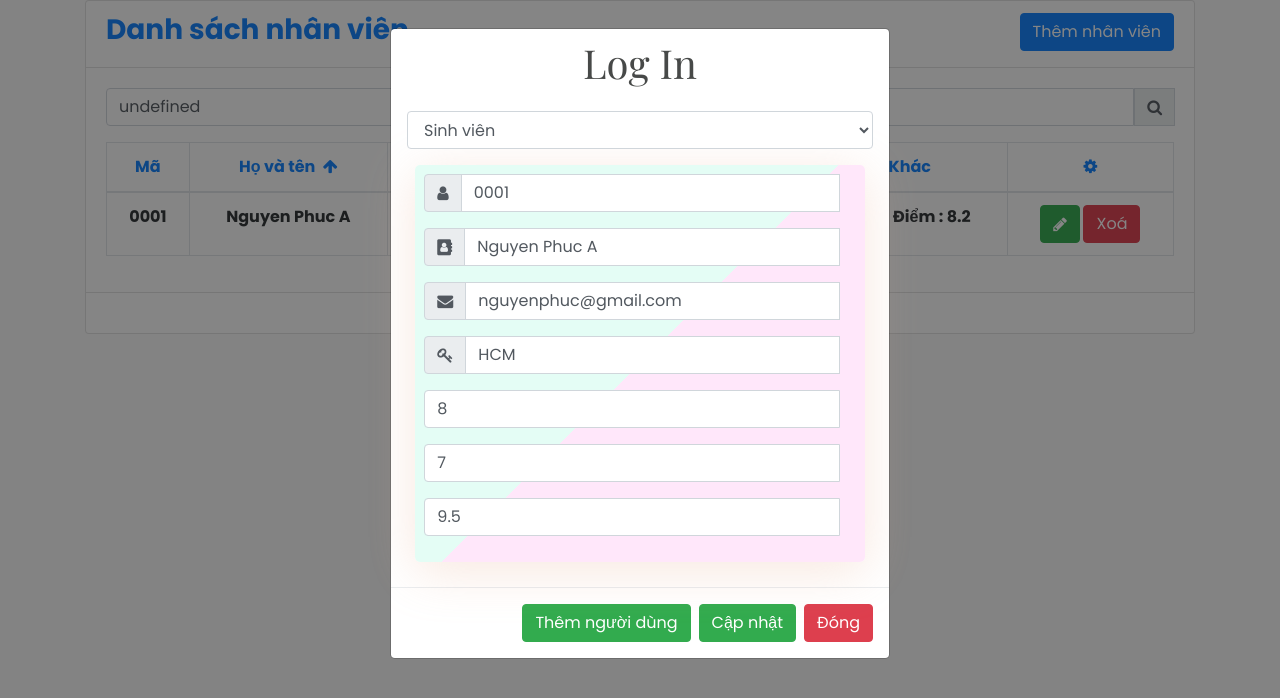
Repository: maitan0705/es6_oop
Page: index.html
The author's editor kept a copy of each file at every save. The page is drawn from the files as they stood at one save, then again after a run of saves.
The browser window is 1280 px wide. The pictures show the whole page.
Empty fields were first filled with sample values (such as "Sample", 5 or name@example.com).
After loading, the first visible `button.fa` was clicked once.
Some web fonts or font styles are not loaded; a fallback is used.

Above is the page before, as saved 2023-04-12 09:13:11.
Console error: TypeError: Cannot set properties of null (setting 'disabled')

### index.html
<!DOCTYPE html>
<html lang="en">

<head>
	<meta charset="UTF-8">
	<meta name="viewport" content="width=device-width, initial-scale=1.0">
	<title>Quản lý nhân viên</title>

	<!-- Font Awesome -->
	<link rel="stylesheet" href="https://cdnjs.cloudflare.com/ajax/libs/font-awesome/4.7.0/css/font-awesome.min.css">

	<!-- Bootstrap 4 -->
	<link rel="stylesheet" href="css/bootstrap.min.css">

	<!-- JQuery UI -->
	<link rel="stylesheet" href="css/jquery-ui.min.css">

	<!-- Animate -->
	<!-- <link rel="stylesheet" href="css/animate.css"> -->

	<!-- My CSS -->
	<link rel="stylesheet" href="css/modal.css">

	<link rel="stylesheet" href="css/style4.css">

	<link rel="stylesheet" type="text/css" href="css/main.css">
</head>

<body>

			<div class="container">
				<div class="card text-center">
					<!-- Header -->
					<div class="card-header myCardHeader">
						<div class="row">
							<div class="col-md-6">
								<h3 class="text-left text-primary font-weight-bold">Danh sách nhân viên</h3>
							</div>
							<div class="col-md-6 text-right">
								<button type="submit" class="btn btn-primary" id="btnThem" data-toggle="modal"
									data-target="#myModal">Thêm nhân viên</button>
							</div>
						</div>
					</div>

					<!-- Body -->
					<div class="card-body">
						<div class="row mb-3">
							<div class="col">
								<div class="input-group">
									<input type="text" class="form-control" placeholder="Loại nhân viên" id="searchName">
									<div class="input-group-prepend">
										<span class="input-group-text" id="btnTimNV"><i class="fa fa-search"></i></span>
									</div>
								</div>
							</div>
						</div>
						<table class="table table-bordered table-hover myTable">
							<thead class="text-primary">
								<tr>
									<th>Mã</th>
									<th class="nowrap">
										<span class="mr-1">Họ và tên</span>
										<i class="fa fa-arrow-up" id="SapXepTang"></i>
										<i class="fa fa-arrow-down" id="SapXepGiam"></i>
									</th>
									<th>Email</th>
									<th>Địa Chỉ</th>
									<th>Khác</th>
									<th><em class="fa fa-cog"></em></th>
								</tr>
							</thead>
							<tbody id="tableDanhSach">

							</tbody>
						</table>
					</div>

					<!-- Footer -->
					<div class="card-footer myCardFooter">
						<nav>
							<ul class="pagination justify-content-center" id="ulPhanTrang">

							</ul>
						</nav>
					</div>
				</div>
			</div>

		</div>
	</div>


	<!-- The Modal -->
	<div class="modal fade" id="myModal">
		<div class="modal-dialog">
			<div class="modal-content">

				<header class="head-form mb-0">
					<h2 id="header-title">Log In</h2>
				</header>

				<!-- Modal Header -->
				<!-- 	<div class="modal-header">
					<h4 class="modal-title" id="modal-title">Modal Heading</h4>
					<button type="button" class="close" data-dismiss="modal">&times;</button>
				</div> -->

				<!-- Modal body -->
				<div class="modal-body">
					<div class="form-group">
						<div class="input-group">
							<select class="form-control" id="doiTuong">
								<option value="student">Sinh viên</option>
								<option value="employee">Nhân viên</option>
								<option value="customer">Khách hàng</option>
							</select>
						</div>
					</div>

					<form role="form" id="myForm">
						<div class="form-group">
							<div class="input-group">
								<div class="input-group-prepend">
									<span class="input-group-text"><i class="fa fa-user"></i></span>
								</div>
								<input type="text" id="ma" class="form-control input-sm" placeholder=" Mã">
								<span class="text-success m-auto px-2" id="error-tbMa"></span>
							</div>
							<span class="sp-thongbao" id="tbMa"></span>
						</div>

						<div class="form-group">
							<div class="input-group">
								<div class="input-group-prepend">
									<span class="input-group-text"><i class="fa fa-address-book"></i></span>
								</div>
								<input type="text"  id="hoTen" class="form-control input-sm" placeholder="Họ và tên">
								<span class="text-success m-auto px-2" id="error-tbTen"></span>
							</div>
							<span class="sp-thongbao" id="tbTen"></span>
						</div>

						<div class="form-group">
							<div class="input-group ">
								<div class="input-group-prepend">
									<span class="input-group-text"><i class="fa fa-envelope"></i></span>
								</div>
								<input type="email"  id="email" class="form-control input-sm" placeholder="Email">
								<span class="text-success m-auto px-2" id="error-tbEmail"></span>
							</div>
							<span class="sp-thongbao" id="tbEmail"></span>
						</div>

						<div class="form-group">
							<div class="input-group">
								<div class="input-group-prepend">
									<span class="input-group-text"><i class="fa fa-key"></i></span>
								</div>
								<input type="text"  id="diaChi" class="form-control input-sm"
									placeholder="Địa Chỉ">
									<span class="text-success m-auto px-2" id="error-tbDiaChi"></span>
							</div>
							<span class="sp-thongbao" id="tbDiaChi"></span>
						</div>
						<div id="bodyfrom"></div>

					</form>
				</div>

				<!-- Modal footer -->
				<div class="modal-footer" id="modal-footer">
					<button id="btnThemNV" type="button" class="btn btn-success">Thêm người dùng</button>
					<button id="btnCapNhat" type="button" class="btn btn-success">Cập nhật</button>
					<button id="btnDong" type="button" class="btn btn-danger" data-dismiss="modal">Đóng</button>
				</div>

			</div>
		</div>
	</div>

	<!-- Bootstrap -->
	<script src="js/jquery.min.js"></script>
	<script type="text/javascript" src="js/jquery.easing.min.js"></script>
	<script type="text/javascript" src="js/popper.min.js"></script>
	<script type="text/javascript" src="js/bootstrap.min.js"></script>

	<!-- Date Picker -->
	<!-- <script src="js/jquery-ui.min.js"></script> -->
	<script src="./js/jquery-ui.js"></script>
	<script src="js/datepicker.js"></script>

	<!-- Wow -->
	<!-- <script src="js/wow.min.js"></script>
	<script>
		new WOW().init();
	</script>  -->

	<!-- <script src="js/modal.js"></script> -->


	<script type="text/javascript">
		$(document).ready(function () {
			$('#sidebarCollapse').on('click', function () {
				$('#sidebar').toggleClass('active');
			});
		});
	</script>
	<!-- <script src="./util/validation.js"></script> -->

	<!-- <script src="./util/nhanVien.js"></script> -->
	<script type="module" src="./controllers/index.js"></script>
</body>

</html>

### css/modal.css
/* Fonts Form Google Font ::- https://fonts.google.com/  -:: */
@import url('https://fonts.googleapis.com/css?family=Abel|Abril+Fatface|Alegreya|Arima+Madurai|Dancing+Script|Dosis|Merriweather|Oleo+Script|Overlock|PT+Serif|Pacifico|Playball|Playfair+Display|Share|Unica+One|Vibur');
/* End Fonts */
/* Start Global rules */
* {
    padding: 0;
    margin: 0;
    box-sizing: border-box;
}
/* End Global rules */

/* Start body rules */
body {
    background-image: linear-gradient(-225deg, #E3FDF5 0%, #FFE6FA 100%);
background-image: linear-gradient(to top, #a8edea 0%, #fed6e3 100%);
background-attachment: fixed;
  background-repeat: no-repeat;

    font-family: 'Vibur', cursive;
/*   the main font */
    font-family: 'Abel', sans-serif;
opacity: .95;
/* background-image: linear-gradient(to top, #d9afd9 0%, #97d9e1 100%); */
}



/* |||||||||||||||||||||||||||||||||||||||||||||*/
/* //////////////////////////////////////////// */




/* End body rules */

/* Start form  attributes */
form {
    width: 450px;
    /*min-height: 500px;*/
    height: auto;
    border-radius: 5px;
    margin: 2% auto;
    box-shadow: 0 9px 50px hsla(20, 67%, 75%, 0.31);
    padding: 2%;
    background-image: linear-gradient(-225deg, #E3FDF5 50%, #FFE6FA 50%);
}
/* form Container */
form .con {
    display: -webkit-flex;
    display: flex;

    -webkit-justify-content: space-around;
    justify-content: space-around;

    -webkit-flex-wrap: wrap;
    flex-wrap: wrap;

      margin: 0 auto;
}

/* the header form form */
header {
    margin: 2% auto 10% auto;
    text-align: center;
}
/* Login title form form */
header h2 {
    font-size: 250%;
    font-family: 'Playfair Display', serif;
    color: #3e403f;
}
/*  A welcome message or an explanation of the login form */
header p {letter-spacing: 0.05em;}



/* //////////////////////////////////////////// */
/* //////////////////////////////////////////// */


.input-item {
    background: #fff;
    color: #333;
    padding: 14.5px 0px 15px 9px;
    border-radius: 5px 0px 0px 5px;
}



/* Show/hide password Font Icon */
#eye {
    background: #fff;
    color: #333;

    margin: 5.9px 0 0 0;
    margin-left: -20px;
    padding: 15px 9px 19px 0px;
    border-radius: 0px 5px 5px 0px;

    float: right;
    position: relative;
    right: 1%;
    top: -.2%;
    z-index: 5;

    cursor: pointer;
}
/* inputs form  */
input[class="form-input"]{
    width: 240px;
    height: 50px;

    margin-top: 2%;
    padding: 15px;

    font-size: 16px;
    font-family: 'Abel', sans-serif;
    color: #5E6472;

    outline: none;
    border: none;

    border-radius: 0px 5px 5px 0px;
    transition: 0.2s linear;

}
input[id="txt-input"] {width: 250px;}
/* focus  */
input:focus {
    transform: translateX(-2px);
    border-radius: 5px;
}

/* //////////////////////////////////////////// */
/* //////////////////////////////////////////// */

/* input[type="text"] {min-width: 250px;} */
/* buttons  */

/* Submits */
.submits {
    width: 48%;
    display: inline-block;
    float: left;
    margin-left: 2%;
}

/*       Forgot Password button FAF3DD  */
.frgt-pass {background: transparent;}

/*     Sign Up button  */
.sign-up {background: #B8F2E6;}


/* buttons hover */
button:hover {
    transform: translatey(3px);
    box-shadow: none;
}

/* buttons hover Animation */
button:hover {
    animation: ani9 0.4s ease-in-out infinite alternate;
}
@keyframes ani9 {
    0% {
        transform: translateY(3px);
    }
    100% {
        transform: translateY(5px);
    }
}

### css/style4.css
/*
    DEMO STYLE
*/
@import "https://fonts.googleapis.com/css?family=Poppins:300,400,500,600,700";


body {
    font-family: 'Poppins', sans-serif;
    background: #fafafa;
}

p {
    font-family: 'Poppins', sans-serif;
    font-size: 1.1em;
    font-weight: 300;
    line-height: 1.7em;
    color: #999;
}

a, a:hover, a:focus {
    color: inherit;
    text-decoration: none;
    transition: all 0.3s;
}

.navbar {
    padding: 15px 10px;
    background: #fff;
    border: none;
    border-radius: 0;
    margin-bottom: 40px;
    box-shadow: 1px 1px 3px rgba(0, 0, 0, 0.1);
}

.navbar-btn {
    box-shadow: none;
    outline: none !important;
    border: none;
}

.line {
    width: 100%;
    height: 1px;
    border-bottom: 1px dashed #ddd;
    margin: 40px 0;
}

i, span {
    display: inline-block;
}

/* ---------------------------------------------------
    SIDEBAR STYLE
----------------------------------------------------- */
.wrapper {
    display: flex;
    align-items: stretch;
}

#sidebar {
    min-width: 250px;
    max-width: 250px;
    background: #7386D5;
    color: #fff;
    transition: all 0.3s;
}

#sidebar.active {
    min-width: 80px;
    max-width: 80px;
    text-align: center;
}

#sidebar.active .sidebar-header h3, #sidebar.active .CTAs {
    display: none;
}

#sidebar.active .sidebar-header strong {
    display: block;
}

#sidebar ul li a {
    text-align: left;
}

#sidebar.active ul li a {
    padding: 20px 10px;
    text-align: center;
    font-size: 0.85em;
}

#sidebar.active ul li a i {
    margin-right:  0;
    display: block;
    font-size: 1.8em;
    margin-bottom: 5px;
}

#sidebar.active ul ul a {
    padding: 10px !important;
}

#sidebar.active a[aria-expanded="false"]::before, #sidebar.active a[aria-expanded="true"]::before {
    top: auto;
    bottom: 5px;
    right: 50%;
    -webkit-transform: translateX(50%);
    -ms-transform: translateX(50%);
    transform: translateX(50%);
}

#sidebar .sidebar-header {
    padding: 20px;
    background: #6d7fcc;
}

#sidebar .sidebar-header strong {
    display: none;
    font-size: 1.8em;
}

#sidebar ul.components {
    padding: 20px 0;
    border-bottom: 1px solid #47748b;
}

#sidebar ul li a {
    padding: 10px;
    font-size: 1.1em;
    display: block;
}
#sidebar ul li a:hover {
    color: #7386D5;
    background: #fff;
}
#sidebar ul li a i {
    margin-right: 10px;
}

#sidebar ul li.active > a, a[aria-expanded="true"] {
    color: #fff;
    background: #6d7fcc;
}


a[data-toggle="collapse"] {
    position: relative;
}

a[aria-expanded="false"]::before, a[aria-expanded="true"]::before {
    content: '\e259';
    display: block;
    position: absolute;
    right: 20px;
    font-family: 'Glyphicons Halflings';
    font-size: 0.6em;
}
a[aria-expanded="true"]::before {
    content: '\e260';
}


ul ul a {
    font-size: 0.9em !important;
    padding-left: 30px !important;
    background: #6d7fcc;
}

ul.CTAs {
    padding: 20px;
}

ul.CTAs a {
    text-align: center;
    font-size: 0.9em !important;
    display: block;
    border-radius: 5px;
    margin-bottom: 5px;
}

a.download {
    background: #fff;
    color: #7386D5;
}

a.article, a.article:hover {
    background: #6d7fcc !important;
    color: #fff !important;
}



/* ---------------------------------------------------
    CONTENT STYLE
----------------------------------------------------- */
#content {
    padding: 20px;
    min-height: 100vh;
    transition: all 0.3s;
}


/* ---------------------------------------------------
    MEDIAQUERIES
----------------------------------------------------- */
@media (max-width: 768px) {
    #sidebar {
        min-width: 80px;
        max-width: 80px;
        text-align: center;
        margin-left: -80px !important ;
    }
    a[aria-expanded="false"]::before, a[aria-expanded="true"]::before {
        top: auto;
        bottom: 5px;
        right: 50%;
        -webkit-transform: translateX(50%);
        -ms-transform: translateX(50%);
        transform: translateX(50%);
    }
    #sidebar.active {
        margin-left: 0 !important;
    }

    #sidebar .sidebar-header h3, #sidebar .CTAs {
        display: none;
    }

    #sidebar .sidebar-header strong {
        display: block;
    }

    #sidebar ul li a {
        padding: 20px 10px;
    }

    #sidebar ul li a span {
        font-size: 0.85em;
    }
    #sidebar ul li a i {
        margin-right:  0;
        display: block;
    }

    #sidebar ul ul a {
        padding: 10px !important;
    }

    #sidebar ul li a i {
        font-size: 1.3em;
    }
    #sidebar {
        margin-left: 0;
    }
    #sidebarCollapse span {
        display: none;
    }
}
.sp-thongbao{
    font-size: 14px;
    display: block !important;
}

### controllers/index.js

import { Student, Employee, Customer } from "../models/Person.js";
import {ListPerson} from "../models/ListPerson.js";
import { renderForm } from "../util/render.js";
let listPerson = new ListPerson();


document.querySelector("#btnThem").addEventListener("click", () => {
  renderForm();
});

document.querySelector("#doiTuong").addEventListener("change", (e) => {
  let personUser = e.target.value;
  switch (personUser) {
    case "student":
      renderForm(personUser);
      break;
    case "employee":
      renderForm(personUser);
      break;
    default:
      renderForm(personUser);
  }
});
const student1 = new Student('0001', 'Nguyen Phuc A', 'HCM', 'nguyenphuc@gmail.com', '8', '7', '9.5');
listPerson.themDoiTuong(student1)
listPerson.get();

listPerson.renderTable("#tableDanhSach");

document.querySelector("#btnThemNV").onclick = () => {
  let personUser = document.querySelector("#doiTuong").value;

  switch (personUser) {
    case "student": {
      let student = new Student();
      let arrinput = document.querySelectorAll(".input-group input");
      for (let input of arrinput) {
        let { id, value } = input;
        student[id] = value;
      }
      console.log('asdsd', student)
      listPerson.themDoiTuong(student);
      listPerson.renderTable("#tableDanhSach");
      listPerson.save();
    }
    break;
    case "employee": {
      let employee = new Employee();
      let arrinput = document.querySelectorAll(".input-group input");
      for (let input of arrinput) {
        let { id, value } = input;
        employee[id] = value;
      }
      listPerson.themDoiTuong(employee);
      listPerson.renderTable("#tableDanhSach");
      listPerson.save();
    }
    break;
    case "customer": {
      let arrinput = document.querySelectorAll(".input-group input");
      let customer = new Customer();
      for (let input of arrinput) {
        let { id, value } = input;
        customer[id] = value;
      }
      listPerson.themDoiTuong(customer);
      listPerson.renderTable("#tableDanhSach");
      listPerson.save();
    }
    break;
  }
};
window.xoaDoiTuong = function (ma) {
  listPerson.deleteDT(ma)
  listPerson.renderTable("#tableDanhSach");
  listPerson.save();
};
window.suaDoiTuong =  (ma) =>{
  let info = listPerson.layThongtin(ma)
  switch (info.class) {
    case "student":
      renderForm(info.class);
      document.querySelector("#doiTuong").value =info.class;
      break;
    case "employee":
      renderForm(info.class);
      document.querySelector("#doiTuong").value =info.class;
      break;
    default:
      renderForm(info.class);
      document.querySelector("#doiTuong").value =info.class;
  }
  if(info){
    let arrinput = document.querySelectorAll(".input-group input");
     for (let input of arrinput) {
            let {id} = input;
            input.value = info[id]
        }
  }
  document.querySelector('#code').disabled = 'fale';
  document.querySelector("#doiTuong").disabled = 'fales'
}

### models/Person.js
export class Person {
    constructor(ma, hoTen, diaChi, email) {
        this.ma = ma;
        this.hoTen = hoTen;
        this.diaChi = diaChi;
        this.email = email;
    }
}

export class Student extends Person {
    constructor(ma, hoTen, diaChi, email, toan, ly, hoa) {
        super(ma, hoTen, diaChi, email);
        this.toan =toan;
        this.ly =ly;
        this.hoa =hoa;
        this.class = 'student'
    }
    tinhDiemTrungBinh() {
        const diemTrungBinh = (Number(this.toan) + Number(this.ly) + Number(this.hoa)) / 3;
        return diemTrungBinh.toFixed(1)
    }


}

export class Employee extends Person {
    constructor(ma, hoTen, diaChi, email, ngayLam, luong) {
        super(ma, hoTen, diaChi, email);
        this.ngayLam = +ngayLam;
        this.luong = +luong;
        this.class = 'employee'
    }

    tinhLuong() {
        return this.ngayLam * this.luong;
    }


}

export class Customer extends Person {
    constructor(ma, hoTen, diaChi, email, tenCongTy, hoaDon, danhGia) {
        super(ma, hoTen, diaChi, email);
        this.tenCongTy = tenCongTy;
        this.hoaDon = +hoaDon;
        this.danhGia = danhGia;
        this.class = 'customer'
    }


}

### models/ListPerson.js
import { Student, Employee, Customer } from "./Person.js";
export class ListPerson {
  danhSach = [];
  themDoiTuong(dt) {
    this.danhSach.push(dt);
  }
  renderTable(selectorTbody) {
    let htmlString = "";
    let string = "";
    for (let user of this.danhSach) {
      switch (user.class) {
        case "student":
          var person = new Student();
          Object.assign(person, user);
          string = `Tổng Điểm : ${person.tinhDiemTrungBinh()}`;
          break;
        case "employee":
          var person = new Employee();
          Object.assign(person, user);
          console.log(person);
          string = `Tổng Lương : ${person.tinhLuong()}`;
          break;
        case "customer":
          var person = new Customer();
          Object.assign(person, user);
          string = `-`;
          break;
      }

      htmlString += `<thead >
          <tr>
            <th>${user.ma}</th>
            <th>${user.hoTen}</th>
            <th>${user.email}</th>
            <th>${user.diaChi}</th>
            <th>${string}</th>
            <th><button class="fa fa-pencil btnEdit btn btn-success" style="pointer-event:none;"  data-toggle="modal"
            data-target="#myModal" onclick="suaDoiTuong('${user.ma}')"></button>
            <button class="btn btn-danger" onclick="xoaDoiTuong('${user.ma}')">Xoá</button>
            </th>
          </tr>
          </thead>`;
    }
    document.querySelector(selectorTbody).innerHTML = htmlString;
    return htmlString;
  }
  save() {
    localStorage.setItem("dsnv", JSON.stringify(this.danhSach));
  }
  get() {
    if (localStorage.getItem("dsnv")) {
      this.danhSach = JSON.parse(localStorage.getItem("dsnv"));
    }
  }
  deleteDT(ma) {
    let indexDel = this.danhSach.findIndex((user) => user.ma === ma);
    if (indexDel !== -1) {
      this.danhSach.splice(indexDel, 1);
    }
  }
  layThongtin(ma) {
    let edit = this.danhSach.find( user => {
      return user.ma === ma;
    });
    return edit;
  }
  update(arr) {
    let user = this.layThongtin(arr.code);
    Object.assign(user, arr);
  }
  sortUserName(list, number) {
    if (number === 1) {
      list.sort((a, b) => {
        let x = a.name.toLowerCase();
        let y = b.name.toLowerCase();
        if (x < y) -1;
        if (x > y)  1;
        return 0;
      });
    } else {
      list.sort((a, b) => {
        let x = a.name.toLowerCase();
        let y = b.name.toLowerCase();
        if (x < y) 1;
        if (x > y) -1;
        return 0;
      });
    }
    return list;
  }

  filterUser(type) {
    if (type) {
      let filterList = this.listUser.filter((user) => {
        return user.class === type;
      });
      return filterList;
    } else {
      return this.listUser;
    }
  }
}

### util/render.js
  export let renderForm= (doiTuong = "student")=>{
    let htmlString;
    switch (doiTuong) {
      case "student":
        htmlString = `
      <div class="form-group">
        <div class="input-group">

          <input type="number" name="toan" id="toan" class="form-control input-sm" placeholder="Điểm toán">
          <span class="text-success m-auto px-2" id="error-tbtoan"></span>
        </div>
        <span class="sp-thongbao" id="tbtoan"></span>
      </div>
      <div class="form-group">
        <div class="input-group">

          <input type="number" name="ly" id="ly" class="form-control input-sm" placeholder="Điểm lý">
          <span class="text-success m-auto px-2" id="error-tbly"></span>
        </div>
        <span class="sp-thongbao" id="tbly"></span>
      </div>
      <div class="form-group">
        <div class="input-group">

          <input type="number" name="hoa" id="hoa" class="form-control input-sm" placeholder="Điểm hóa">
          <span class="text-success m-auto px-2" id="error-tbhoa"></span>
        </div>
        <span class="sp-thongbao" id="tbhoa"></span>
      </div>
      `;
        break;

      case "employee":
        htmlString = `
          <div class="form-group">
            <div class="input-group">
              <input type="text" id="luong" class="form-control input-sm" placeholder="Lương theo ngày">
              <span class="text-success m-auto px-2" id="error-tbluong"></span>
            </div>
              <span class="sp-thongbao" id="tbluong"></span>
          </div>
          <div class="form-group">
            <div class="input-group">
            <input type="text" id="ngayLam" class="form-control input-sm" placeholder="Ngày làm ">
              <span class="text-success m-auto px-2" id="error-tbGioLam"></span>
            </div>
            <span class="sp-thongbao" id="tbGioLam"></span>
          </div>`;
        break;

      case "customer":
        htmlString =`<div class="form-group">
        <div class="input-group">
        <input type="text" id="tenCongTy" class="form-control input-sm" placeholder="Tên Công ty">
        <span class="text-success m-auto px-2" id="error-tbGioLam"></span>
      </div>
        </div>
        <span class="sp-thongbao" id="tbTenCongTy"></span>
    </div>

    <div class="form-group">
        <div class="input-group">
        <input type="text"  id="hoaDon" class="form-control input-sm" placeholder="Trị giá hóa đơn">
        <span class="text-success m-auto px-2" id="error-tbGioLam"></span>
      </div>
        </div>
        <span class="sp-thongbao" id="tbHoaDon"></span>
    </div>

    <div class="form-group">
        <div class="input-group">
        <input type="text"  id="danhGia" class="form-control input-sm" placeholder="Đánh giá">
        <span class="text-success m-auto px-2" id="error-tbGioLam"></span>
      </div>
        </div>
        <span class="sp-thongbao" id="tbDanhGia"></span>
    </div>
    `;
        break;
    }
    document.querySelector("#bodyfrom").innerHTML = htmlString;
  }

Loaded but not shown: css/bootstrap.min.css (library); css/jquery-ui.min.css (library); css/main.css (common file); js/jquery.min.js (library); js/jquery.easing.min.js (common file); js/popper.min.js (library); js/bootstrap.min.js (library); js/jquery-ui.js (library); js/datepicker.js (common file)

After the next 2 saves:
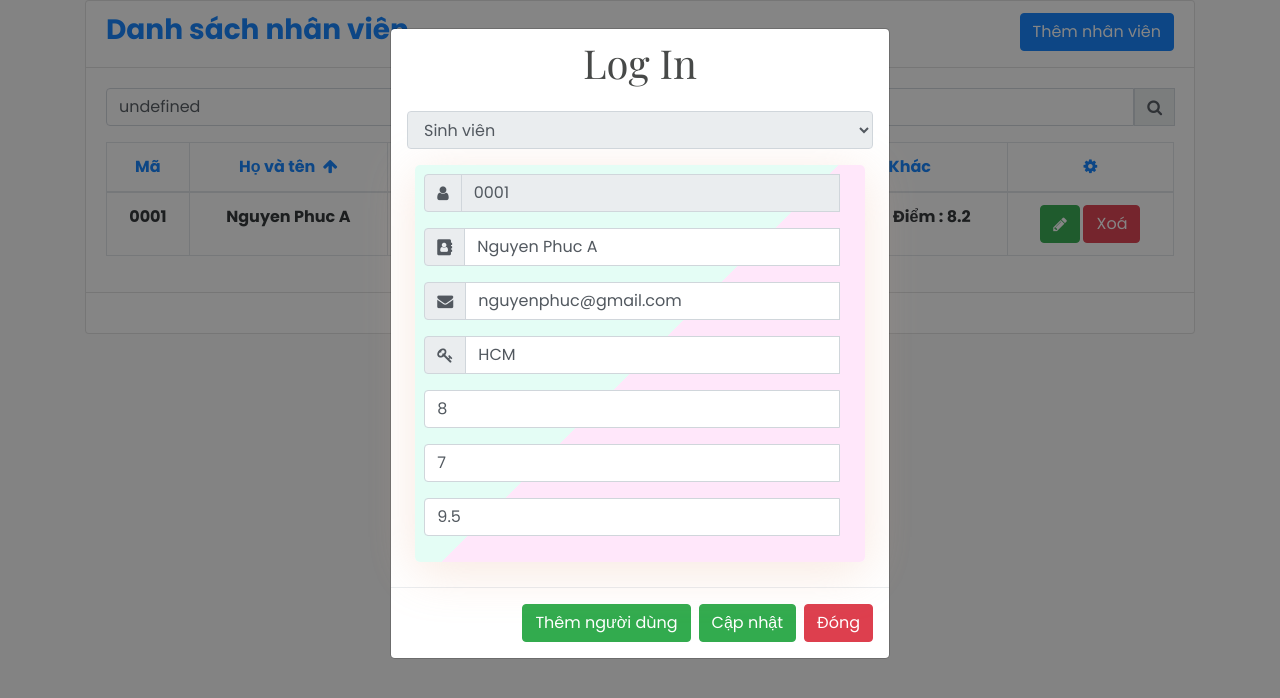
The error is gone.
The 2 saves are shown as one change because they came seconds apart.
The last was saved 8 s later.
--- a/controllers/index.js
+++ b/controllers/index.js
@@ -98,6 +98,6 @@ window.suaDoiTuong =  (ma) =>{
             input.value = info[id]
         }
   }
-  document.querySelector('#code').disabled = 'fale';
+  document.querySelector('#ma').disabled = 'fale';
   document.querySelector("#doiTuong").disabled = 'fales'
 }
